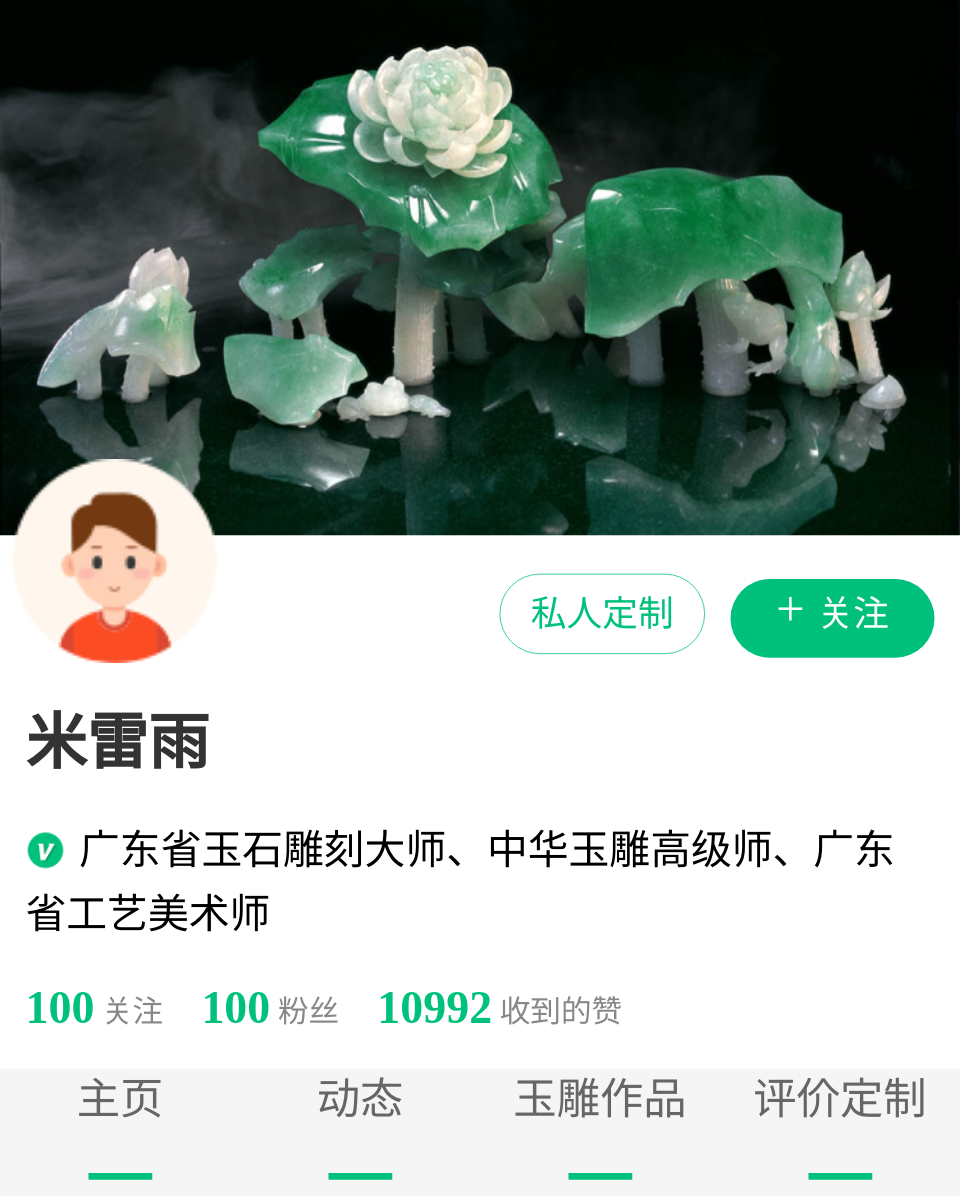
Repository: 1yanglulu/-
Page: html/jadecarvemaincenter.html
These files come from the project's save history. The page is drawn as it stood at one moment and after the next save; the edit follows.
The browser window is 1280 px wide. The pictures show the whole page, at 75% of full size.

Above is the page before, as saved 2020-01-07 15:21:53.

### html/jadecarvemaincenter.html
<!DOCTYPE html>
<html lang="en">
<head>
  <meta charset="UTF-8">
  <meta name="viewport" content="width=device-width, user-scalable=no, initial-scale=1.0, maximum-scale=1.0, minimum-scale=1.0">
  <meta http-equiv="X-UA-Compatible" content="ie=edge">
  <title>玉雕师详情</title>
  <link rel="stylesheet" href="../css/common.css">
  <link rel="stylesheet" href="../css/jadecarvemaincenter.css">
</head>
<body class="bac-color">
  <div class="jade-main-center  bac-color">
    <div class="top-banner">
      <img src="../images/mainbac.png" alt="" class="banner-bac">
    </div>
    <div class="avatar-box">
      <img src="../images/defaultImg.png" alt="" class="default-img">
      <div class="btn-box fn">
        <a href="javascript:void(0);" class="self-made">私人定制</a>
        <div class="follow-btn"><span class="add-icon">+</span>关注</div>
      </div>
      <div class="jade-name">
        米雷雨
      </div>
      <div class="jade-introduce fn">
        <img src="../images/vipicon.png" alt="vip" class="vip-icon">
        <span class="touxian">广东省玉石雕刻大师、中华玉雕高级师、广东省工艺美术师</span>
      </div>
      <div class="jade-hot-num">
        <span class="for-num">100</span>关注<span class="for-num">100</span>粉丝<span class="for-num">10992</span>收到的赞
      </div>
    </div>
    <div class="jade-tab clearfix">
      <div class="jade-tab-item fl  fn">
        <span>主页</span>
        <div class="tab-line"></div>
      </div>
      <div class="jade-tab-item fl  fn">
        <span>动态</span>
        <div class="tab-line"></div>
      </div>
      <div class="jade-tab-item fl  fn">
        <span>玉雕作品</span>
        <div class="tab-line"></div>
      </div>
      <div class="jade-tab-item fl  fn">
        <span>评价定制</span>
        <div class="tab-line"></div>
      </div>
    </div>
  </div>
  <script src="../js/jquery-3.3.1.min.js"></script>
  <script src="../js/rem.js"></script>
  <script src="../js/jadecarvemaincenter.js"></script>
  <script></script>
</body>
</html>

### css/common.css
h2,body,div,html,ul,li,a,img{
  margin: 0;
  padding: 0;
}
a,img{
  display:block;
}
.fn{
  font-size:0;
}
ul{
  margin-block-start: 0;
  margin-block-end: 0;
  padding-inline-start: 0;
}
ul li{
  list-style: none;
}
a{
  text-decoration: none;
}
.clearfix:after{/*伪元素是行内元素 正常浏览器清除浮动方法*/
  content: "";
  display: block;
  height: 0;
  clear:both;
  visibility: hidden;
}
.clearfix{
  *zoom: 1;/*ie6清除浮动的方式 *号只有IE6-IE7执行，其他浏览器不执行*/
}
.fl{
  float: left;
}
.fr{
  float:right;
}
.bac-color{
  /* background:rgb(248,248,248); */
  background: #f5f5f5;
}

### css/jadecarvemaincenter.css
.jade-main-center{
  width: 100%;
}
.top-banner{
  background: #fff;
}
.banner-bac{
  width: 100%;
  height: 4.2rem;
  display: block
}
.default-img{
  width: 1.6rem;
  height: 1.6rem;
}
.avatar-box{
  position: relative;
  background: #fff;
}
.default-img{
  position: absolute;
  left:.1rem;
  top:-.6rem;

}
.avatar-box{
  padding:0 .2rem 0.3rem;
}
.btn-box{
  text-align: right;
  padding: .3rem 0;
}
.self-made{
  display: inline-block;
  padding: 0 .24rem;
  text-align: center;
  line-height: .62rem;
  border: 1px solid #00C17B;
  border-radius:.33rem;
  background: #fff;
  font-size: .28rem;
  color: #00C17B;
  margin-right: .2rem;
}
.follow-btn{
  width: 1.6rem;
  height: .62rem;
  text-align: center;
  background: #00C17B;
  border-radius:.33rem;
  font-size: .28rem;
  color: #FFFFFF;
  display: inline-block;
}
.add-icon{
  font-size: .4rem;
  color: #FFFFFF;
  margin-right: .1rem;
}
.jade-name{
  font-size: .48rem;
  color: #333333;
  line-height: .58rem;
  text-align: left;
  margin-top: .08rem;
  font-weight: bold;
  margin-bottom: .3rem;
  background: #fff;
}
.jade-introduce{
  margin-bottom: .3rem;
  background: #fff;
}
.vip-icon{
  width: .32rem;
  height: .32rem;
  display: inline-block;
  margin-right: .1rem;
  vertical-align: middle;
}
.touxian{
  font-size: .32rem;
  color: #000000;
  line-height: .5rem;
  vertical-align: middle;
}
.jade-hot-num{
  font-size: .24rem;
  color: #888888;
  text-align: center;
  text-align: left;
  background: #fff;
}
.jade-hot-num .for-num{
  font-size: .36rem;
  color: #00C17B;
  text-align: center;
  font-weight: bold;
  margin-left: .3rem;
  vertical-align: bottom;
  line-height: 0.36rem;
  margin-right: .06rem;
}
.jade-hot-num .for-num:first-child{
  margin-left: 0;
}
.jade-tab{
  height: 1rem;
}
.jade-tab .jade-tab-item{
  width: 25%;
  height: 100%;
  text-align: center;
  font-size: .34rem;
  color: #666666;
}
.jade-tab .jade-tab-item>span{
  display: block;
  text-align: center;
  line-height: .48rem;
  margin-bottom: .08rem;
}
.tab-line{
  width: .5rem;
  height: .05rem;
  background: #00C17B;
  display: inline-block;
}

### js/rem.js
(function (doc, win) {
    var docEl = doc.documentElement,
        resizeEvt = 'orientationchange' in window ? 'orientationchange' : 'resize',
        recalc = function () {
            var clientWidth = docEl.clientWidth;
            if (!clientWidth) return;
            docEl.style.fontSize =Math.floor(100*(clientWidth / 750))+ 'px';
        };
    if (!doc.addEventListener) return;
    win.addEventListener(resizeEvt, recalc, false);
    doc.addEventListener('DOMContentLoaded', recalc, false);
})(document,window);

Loaded but not shown: js/jquery-3.3.1.min.js (library); js/jadecarvemaincenter.js (no stored copy; drawn as an empty file)

After the next save:
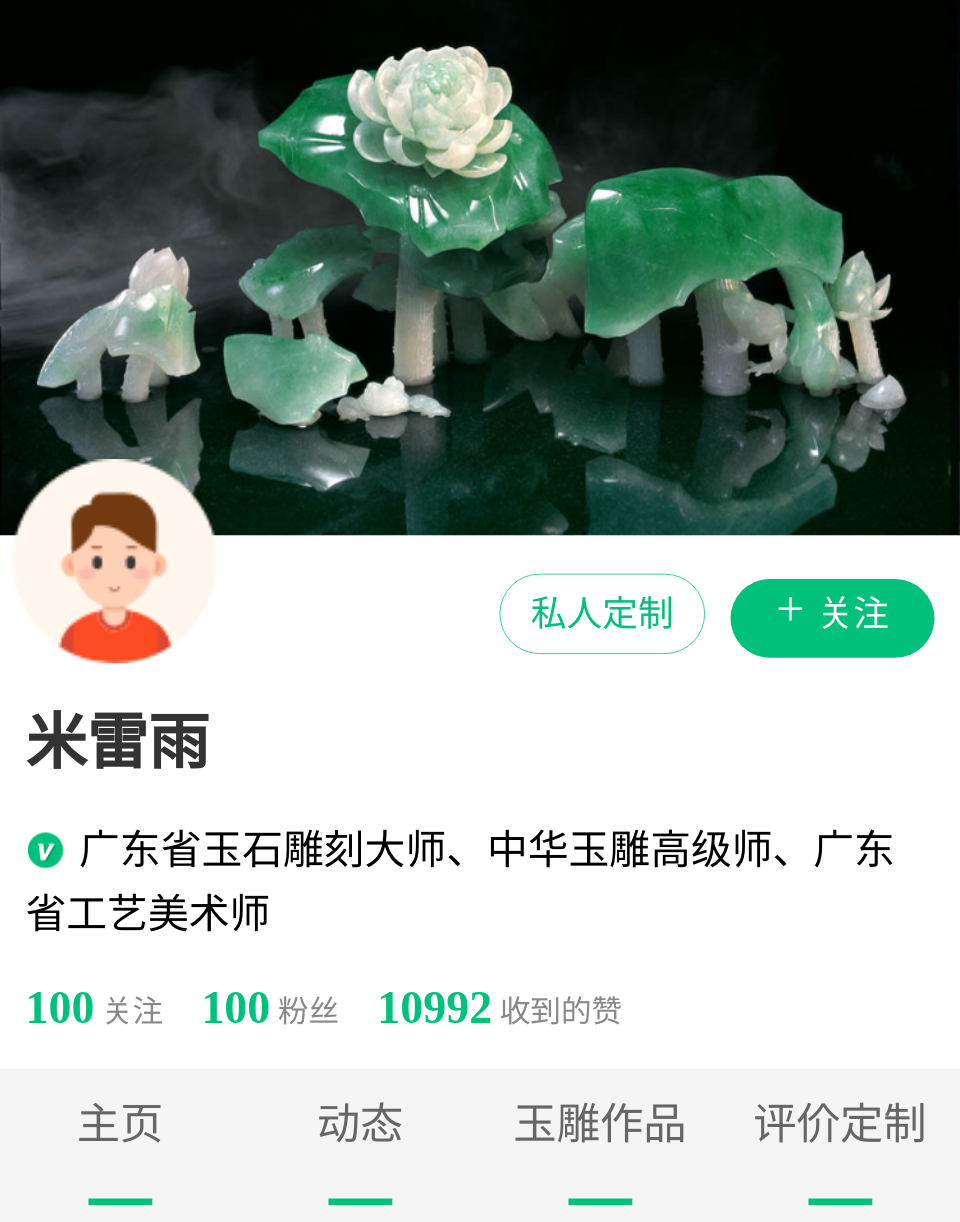
Saved 18 s later.
--- a/css/jadecarvemaincenter.css
+++ b/css/jadecarvemaincenter.css
@@ -113,6 +113,7 @@
   text-align: center;
   font-size: .34rem;
   color: #666666;
+  padding-top: .2rem;
 }
 .jade-tab .jade-tab-item>span{
   display: block;
